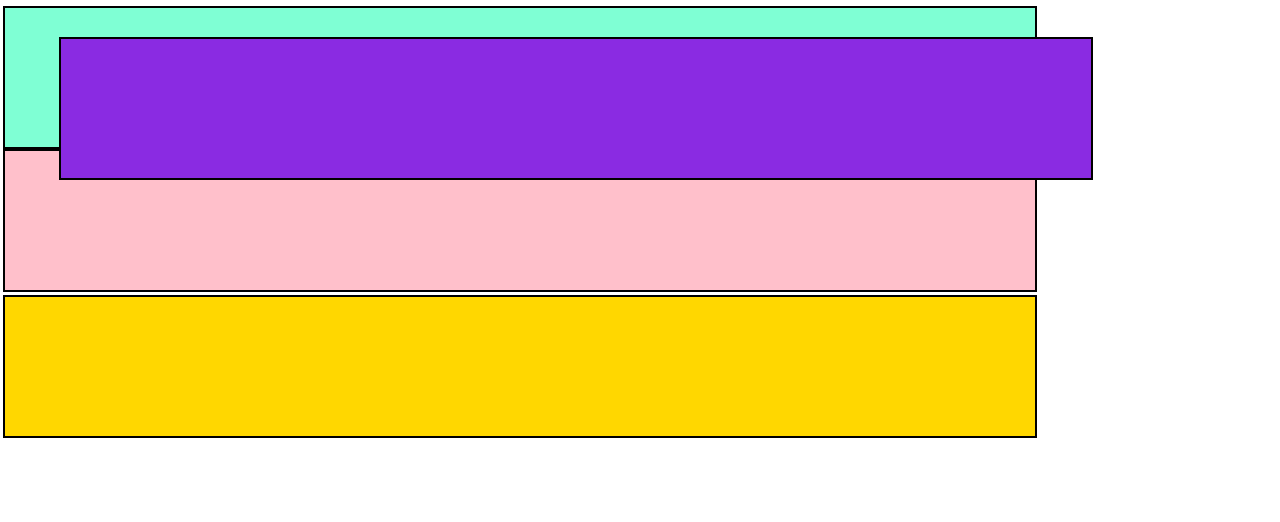
Repository: diensy/Web_dev
Page: Css/Position Property/position.html
These files come from the project's save history. The page is drawn as it stood at one moment and after the next save; the edit follows.
The browser window is 1280 px wide. The pictures show the whole page.

Above is the page before, as saved 2024-05-27 19:41:23.

After the next save:
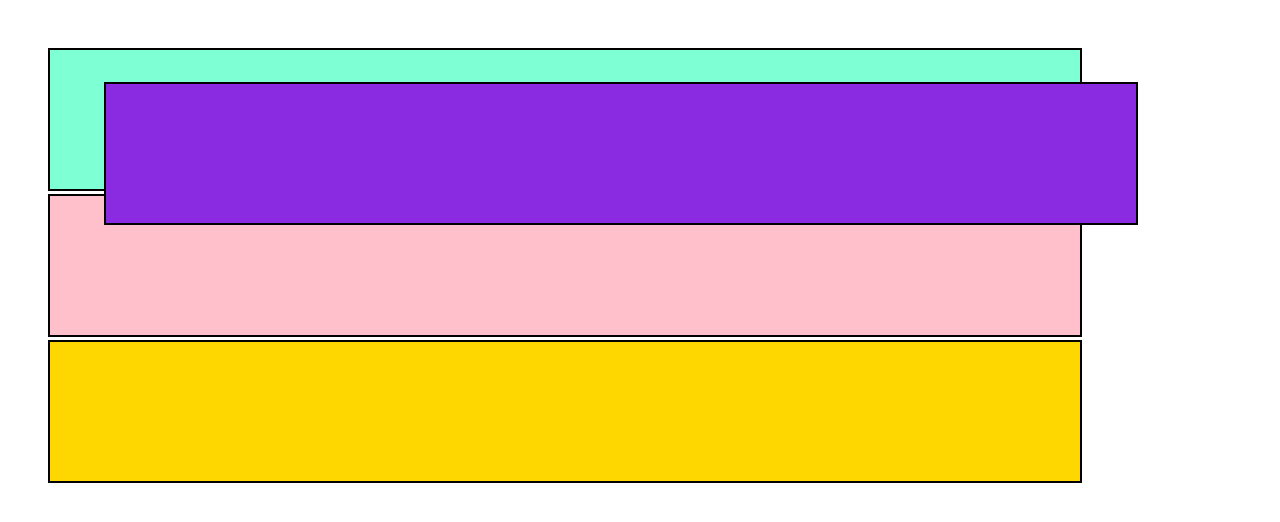
Saved 7 s later.
--- a/Css/Position Property/position.css
+++ b/Css/Position Property/position.css
@@ -3,7 +3,7 @@
   padding: 0;
 }
 .parent{
-
+  padding: 45px;
 }
 .box {
   border: 2px solid black;
